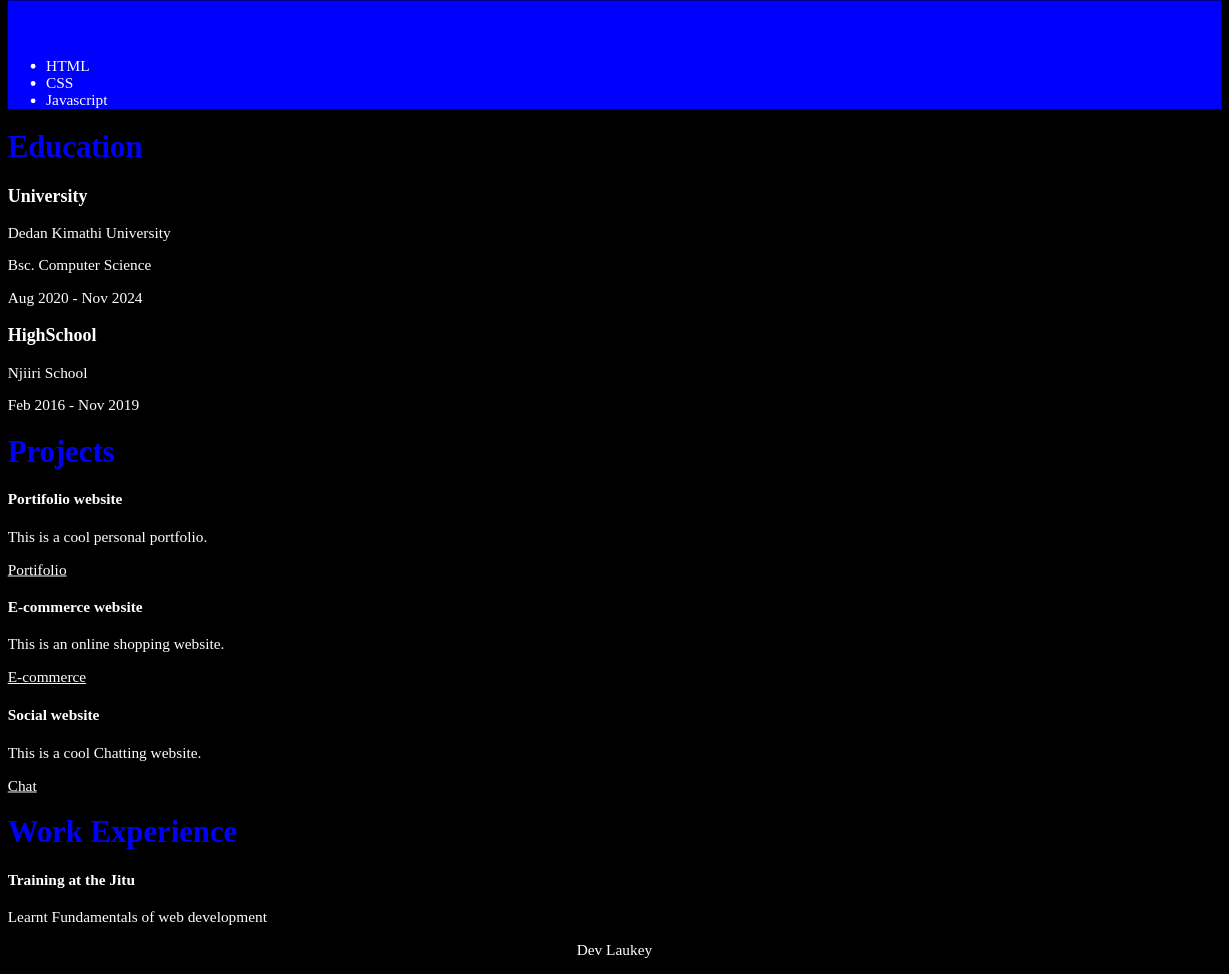
Repository: LaukeyMwaura/Jitu-Day-2
Page: index.html
An editor plug-in stored every save of this project. The page is shown before and after the next save, followed by the edit.
The browser window is 1280 px wide. The pictures show the part of the page from y = 762 to 1777 px (the page is 1777 px tall), at 96% of full size.
A picture or video elsewhere on the page could not be fetched, so the positions and the page height are approximate.

Above is the page before, as saved 2022-05-11 14:34:53.

### index.html
<!DOCTYPE html>
<html lang="en">
  <head>
    <meta charset="UTF-8" />
    <meta http-equiv="X-UA-Compatible" content="IE=edge" />
    <meta name="viewport" content="width=device-width, initial-scale=1.0" />
    <title>First Site</title>
    <link rel="stylesheet" href="./style.css">
  </head>
  <body>
    <nav>
      <ul style="list-style-type: circle">
        <li><a href="#about">About </a></li>
        <li><a href="#skills">Skills </a></li>
        <li><a href="#education">Education </a></li>
        <li><a href="#projects">Projects </a></li>
        <li><a href="#work">Work </a></li>
      </ul>
    </nav>
    <div id="about">
      <h1 style="color:red;">About Me</h1>
      <p>I am a software developer trainee.</p>
      <img
        height="450"
        weight="450"
        src="https://devlaukey.netlify.app/uploads/me.jpeg"
        alt=""
      />
      <p>Let's connect:</p>
      <a target="_blank" href="https://devlaukey.netlify.com/">Website</a>
      <a target="_blank" href="https://www.linkedin.com/in/devlaukey/"
        >LinkedIn</a
      >
      <a target="_blank" href="https://github.com/DevLaukey">Github</a>
    </div>
    <div id="skills" style="background-color: blue; color: white;">
      <h1>Skills</h1>
      <ul>
        <li>HTML</li>
        <li>CSS</li>
        <li>Javascript</li>
      </ul>
    </div>
    <div id="education">
      <h1>Education</h1>
      <div class="">
        <h3>University</h3>
        <p>Dedan Kimathi University</p>
        <p>Bsc. Computer Science</p>
        <p>Aug 2020 - Nov 2024</p>
      </div>
      <div>
        <h3>HighSchool</h3>
        <p>Njiiri School</p>
        <p>Feb 2016 - Nov 2019</p>
      </div>
    </div>
    <div id="projects">
      <h1>Projects</h1>
      <div>
        <h4>Portifolio website</h4>
        <p>This is a cool personal portfolio.</p>
        <a href="https://devlaukey.netlify.app/">Portifolio</a>
      </div>
      <div>
        <h4>E-commerce website</h4>
        <p>This is an online shopping website.</p>
        <a href="https://victor-100.web.app/">E-commerce</a>
      </div>
      <div>
        <h4>Social website</h4>
        <p>This is a cool Chatting website.</p>
        <a href="https://messenger-clone-70550.web.app/">Chat</a>
      </div>
    </div>
    <div id="work">
      <h1>Work Experience</h1>
      <div>
        <h4>Training at the Jitu</h4>
        <p>Learnt Fundamentals of web development</p>
      </div>
    </div>
    <footer style="background-color: black; color: white; text-align: center">
      <p>Dev Laukey</p>
    </footer>
  </body>
</html>

### style.css
*{
    color: white;
}
body{
    background-color:black;
}

h1{
    color:blue;
}

After the next save:
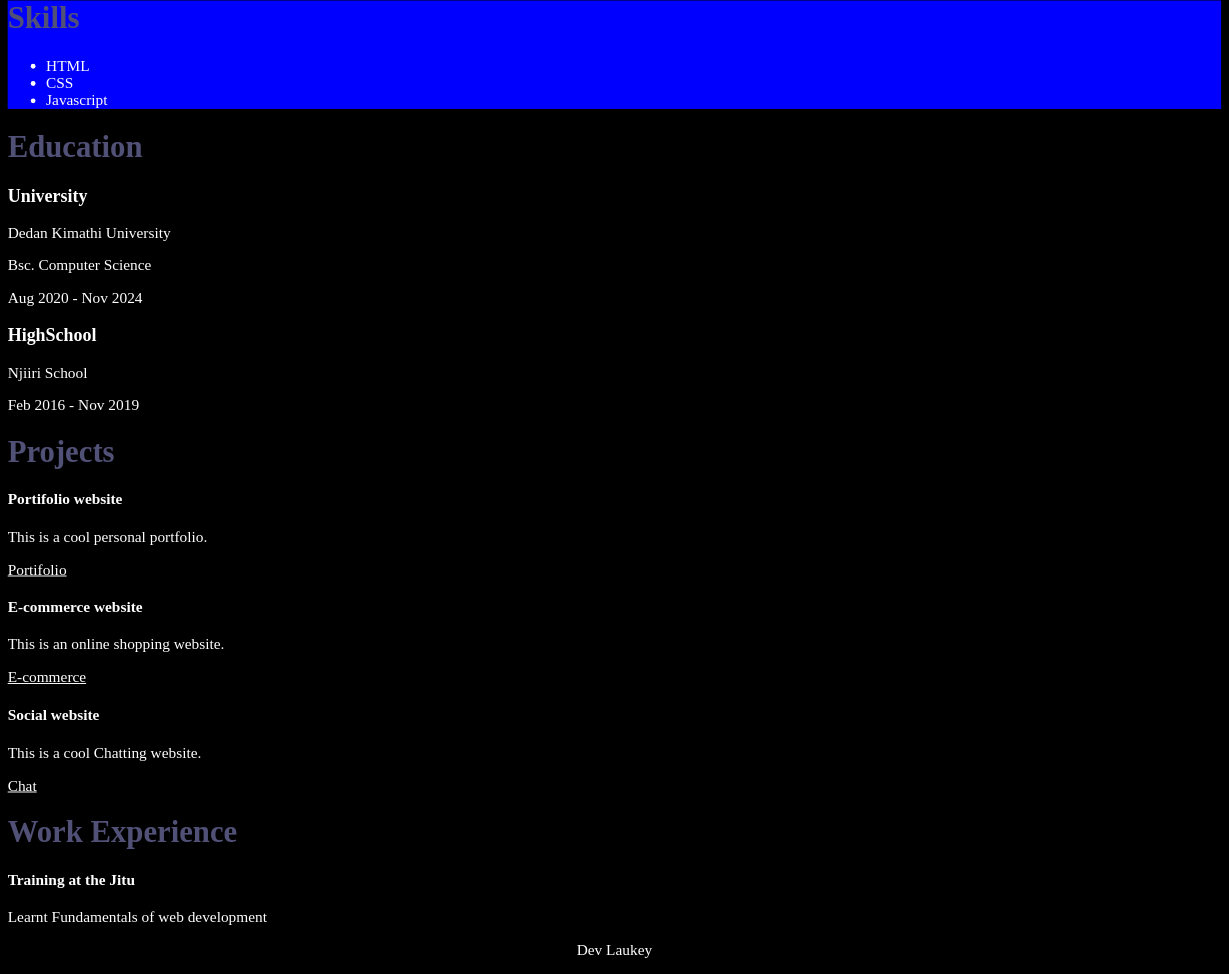
Saved 13 s later.
--- a/style.css
+++ b/style.css
@@ -6,5 +6,5 @@ body{
 }
 
 h1{
-    color:blue;
+    color:rgb(81, 81, 119);
 }
